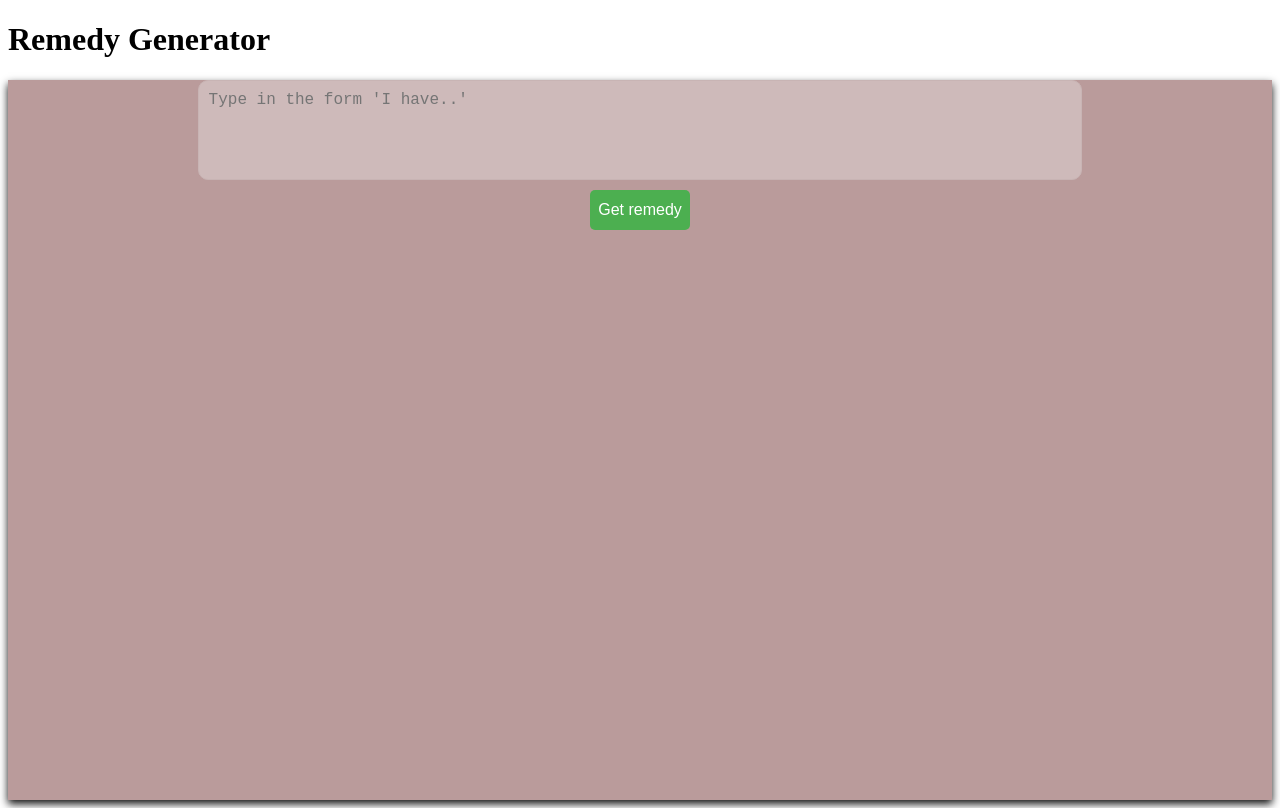
Repository: krutarthh/Ayurvedic-Remedy
Page: index.html
These files come from the project's save history. The page is drawn as it stood at one moment and after the next save; the edit follows.
The browser window is 1280 px wide. The pictures show the whole page.

Above is the page before, as saved 2024-04-06 20:43:09.

### index.html
<!DOCTYPE html>
<html>
  <head>

    <script type="importmap">
      {
        "imports": {
          "@google/generative-ai": "https://esm.run/@google/generative-ai"
        }
      }
    </script>
  </head>
  <body>

    <h1 id="main_title">Remedy Generator</h1>
    <div class="container">
    <link rel="stylesheet" href="app.css">

      <textarea id="user_input" placeholder="Type in the form 'I have..'" type="container"></textarea>




    <button id="Send" type="container">Get remedy</button>

      <br><br
      <textarea id="answer" placeholder="Your remedy"type="container"></textarea>

  </div>
    <script type="module" src="app.js"></script>




</body>
</html>

### app.css
/* app.css */

.container {

    flex-direction: column;
    align-items: center;
    justify-content: center;
    height: 100vh;
    text-align: center;
    background-color:  #ba9b9b;;
    box-shadow: 0 4px 8px rgba(0, 0, 0, 0.931);
}
#user_input,
#answer {
    width: 70%;
    padding: 10px;
    font-size: 16px;
    border: 1px solid #c8b4b4;
    background-color: #cebaba;
    border-radius: 10px; /* Add border-radius property with a value of 10px */
    box-sizing: border-box;
    resize: none;
    height: 100px;
    margin: 0 auto;
    display: block;
}

#user_input {
    margin-bottom: 10px;
}

#Send {
    width: 100px;
    height: 40px;
    background-color: #4CAF50;
    color: white;
    border: none;
    border-radius: 5px;
    font-size: 16px;
    cursor: pointer;
}

#answer {
    padding-left: 20px;
    margin-top: 10px;
}

### app.js
import { GoogleGenerativeAI } from "@google/generative-ai";


const API_KEY = "AIzaSyDBtZZsASIYVyQiLgik32sfZeJjd2X8IPQ";


const genAI = new GoogleGenerativeAI(API_KEY);

const model = genAI.getGenerativeModel({ model: "gemini-pro" });


const user_input = document.getElementById("user_input");
const answer_area = document.getElementById("answer");
const send_button = document.getElementById("Send");

send_button.addEventListener("click", async () => {
    const question = user_input.value;
    const answer = await generateText(question + "give me a ayurvedic remidy, the answer should be short and specific behave like a chatbot dont format your answers just give simple text answers.");
    answer_area.textContent = answer;
});

async function generateText(prompt) {

    const result = await model.generateContent(prompt);
    const response = await result.response;
    const text = await response.text();
    return text;
}

After the next save:
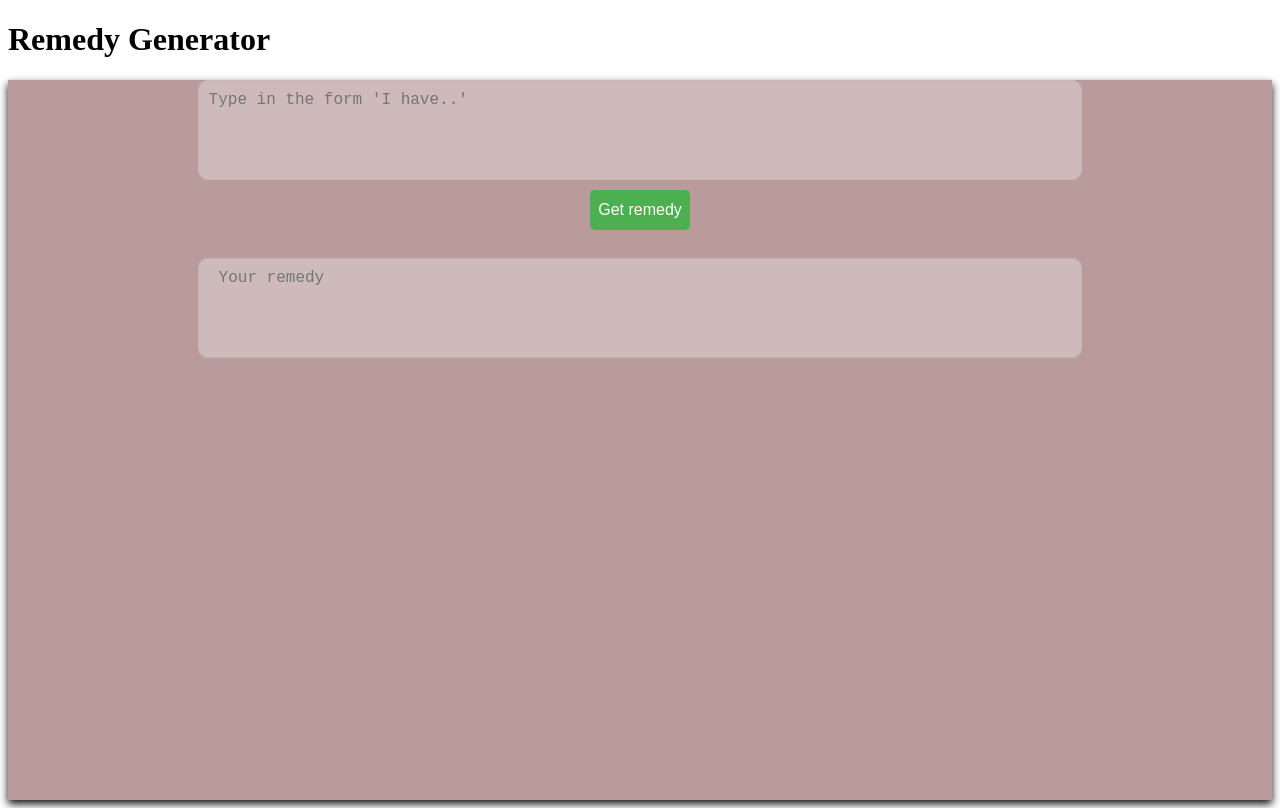
Saved 23 s later.
--- a/index.html
+++ b/index.html
@@ -23,7 +23,7 @@
 
     <button id="Send" type="container">Get remedy</button>
 
-      <br><br
+      <br><br>
       <textarea id="answer" placeholder="Your remedy"type="container"></textarea>
 
   </div>
